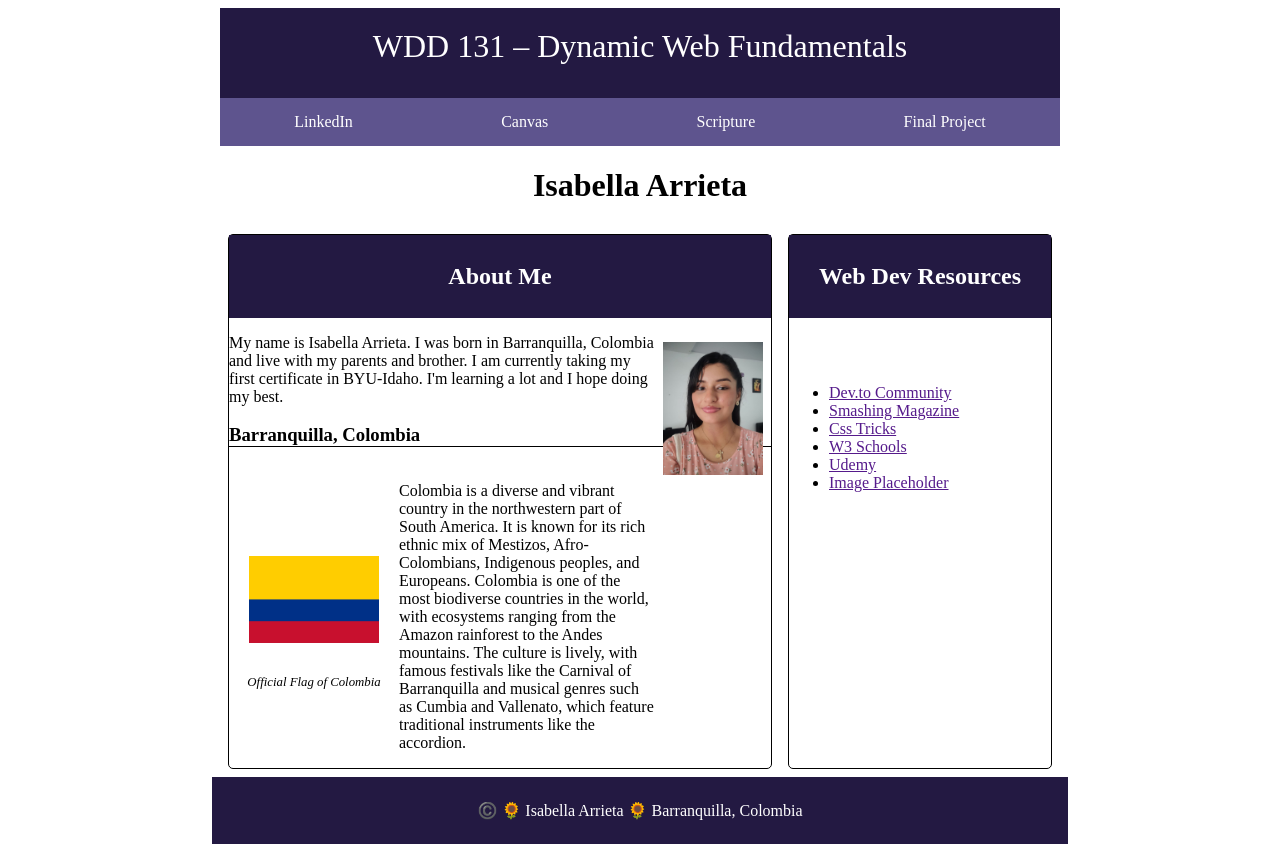
Repository: isaAJ05/wdd131
Page: index.html
The author's editor kept a copy of each file at every save. The page is drawn from the files as they stood at one save, then again after a run of saves.
The browser window is 1280 px wide. The pictures show the whole page.
Some web fonts or font styles are not loaded; a fallback is used.

Above is the page before, as saved 2025-07-04 03:09:19.

### index.html
<!DOCTYPE html>
<html lang="en">
<head>
    <meta charset="UTF-8">
    <meta name="viewport" content="width=device-width, initial-scale=1.0">
    <title>WDD 131 – Dynamic Web Fundamentals – Isabella Arrieta</title>
    <meta name="description" content="WDD 131 – Dynamic Web Fundamentals Isabella Arrieta, This is a page about me">
    <meta name="author" content="Isabella Arrieta">
    <link rel="stylesheet" href="styles/base.css">
    <link rel="preconnect" href="https://fonts.googleapis.com">
    <link rel="preconnect" href="https://fonts.gstatic.com" crossorigin>
    <link href="https://fonts.googleapis.com/css2?family=Lato:ital,wght@0,100;0,300;0,400;0,700;0,900;1,100;1,300;1,400;1,700;1,900&family=Play:wght@400;700&family=Raleway:ital,wght@0,100..900;1,100..900&display=swap" rel="stylesheet">
</head>
<body>
    <header>
        <div class="header-title">
            <span id="course-title">WDD 131 – Dynamic Web Fundamentals</span>
        </div>
        <nav>
            <a href="www.linkedin.com/in/isabella-arrieta">LinkedIn</a>
            <a href="https://byupw.instructure.com/">Canvas</a>
            <a href="https://www.churchofjesuschrist.org/study/scriptures/bofm/alma/30?lang=eng&id=p44#p44">Scripture</a>
            <a href="">Final Project</a>

        </nav>
    </header>
    <main>

        <h1>Isabella Arrieta</h1>
        <section class="card">
            <div class="rectangle">
                <h2>About Me</h2>
            </div>
            <div class="presentation">
            <img src ="images/isa-picture.jpg" alt="Isabella Arrieta picture">
            <p>My name is Isabella Arrieta. I was born in Barranquilla, Colombia and live with my parents and brother. I am currently taking my first certificate in BYU-Idaho. I'm learning a lot and I hope doing my best. </p>
            <h3>Barranquilla, Colombia</h3>
            </div>
            <div class="country">
            <figure>
                <img src ="images/640px-Flag_of_Colombia.svg.webp" alt="Colombia flag">
                <figcaption>Official Flag of Colombia</figcaption>
            </figure>
            <p>Colombia is a diverse and vibrant country in the northwestern part of South America. It is known for its rich ethnic mix of Mestizos, Afro-Colombians, Indigenous peoples, and Europeans. Colombia is one of the most biodiverse countries in the world, with ecosystems ranging from the Amazon rainforest to the Andes mountains. The culture is lively, with famous festivals like the Carnival of Barranquilla and musical genres such as Cumbia and Vallenato, which feature traditional instruments like the accordion.</p>
            </div>
            </section>
        <section class="card">
            <div class="rectangle">
                <h2>Web Dev Resources</h2>
            </div>
                <ul>
                <li><a href="">Dev.to Community</a></li>
                <li><a href="">Smashing Magazine</a></li>
                <li><a href="">Css Tricks</a></li>
                <li><a href="">W3 Schools</a></li>
                <li><a href="">Udemy</a></li>
                <li><a href="">Image Placeholder</a></li>
            </ul>

        </section>
    </main>
    <footer>
        <p>
            ©️<span id="currentyear"></span> 🌻 Isabella Arrieta 🌻 Barranquilla, Colombia
        </p>
        <p>
            <span id="lastModified"></span>
        </p>
    </footer>

</body>
</html>

### styles/base.css
:root {
    --primary-color: #231942;
    --secondary-color: #5e548e;
    --accent1-color: #ffafcc;
    --accent2-color: #bde0fe;
    --accent3-color: #a2d2ff;
    --heading-font: "Play", sans-serif;
    --body-font: "Raleway", sans-serif;
}
header, main, footer {
    width: 840px;
    margin: 0 auto;
}
.course-title{
    display: block;

}
.header-title {
    color:white;
	height: 50px;
    padding: 20px;
    font-size: 2rem;
    text-align: center;
    background: var(--primary-color);
}

nav{
    display: flex;
    justify-content: space-around;
    text-decoration: none;
    background: var(--secondary-color);
}
nav a{
    color: #fff;
    text-decoration: none;
    padding: 15px;
}

nav a:hover {
	text-decoration: overline;
}

/* larger/wider views **************************/
@media (min-width: 640px) {
	nav ul {
		display: flex;
	}

	nav ul li {
		flex: 1 0 auto;
}

main{
    display: grid;
    grid-template: auto 1fr / 2fr 1fr;
}
main h1{
    grid-column: 1/3;
    text-align: center;
}
section{
    border: 1px solid black;
    border-radius: 5px;
    margin: 8px;
}

.card .rectangle{
    color:white;
    padding: 8px;
    text-align: center;
    background: var(--primary-color);


}
.presentation img{
    float: right;
    padding: 8px ;
    width:100px ;
    height: auto;

}
.card h3{
    border-bottom: 1px solid black;
}

.country{
    display: flex;
    flex: 1 0 auto;
    align-items: center;
}
.card figure{
    margin: 0;
    padding: 0;
}
.card figure img{
    width: 130px;
    height: auto;
    padding:20px;
}
.card figure figcaption{
    text-align: center;
    font-style: italic;
    padding: 8px;
    font-size: 0.8rem;
}


.card ul{
    padding-top: 50px;
}

footer{
    color:  #fff;
    background: var(--primary-color);
    text-align: center;
    padding: 8px;
}

After the next 2 saves:
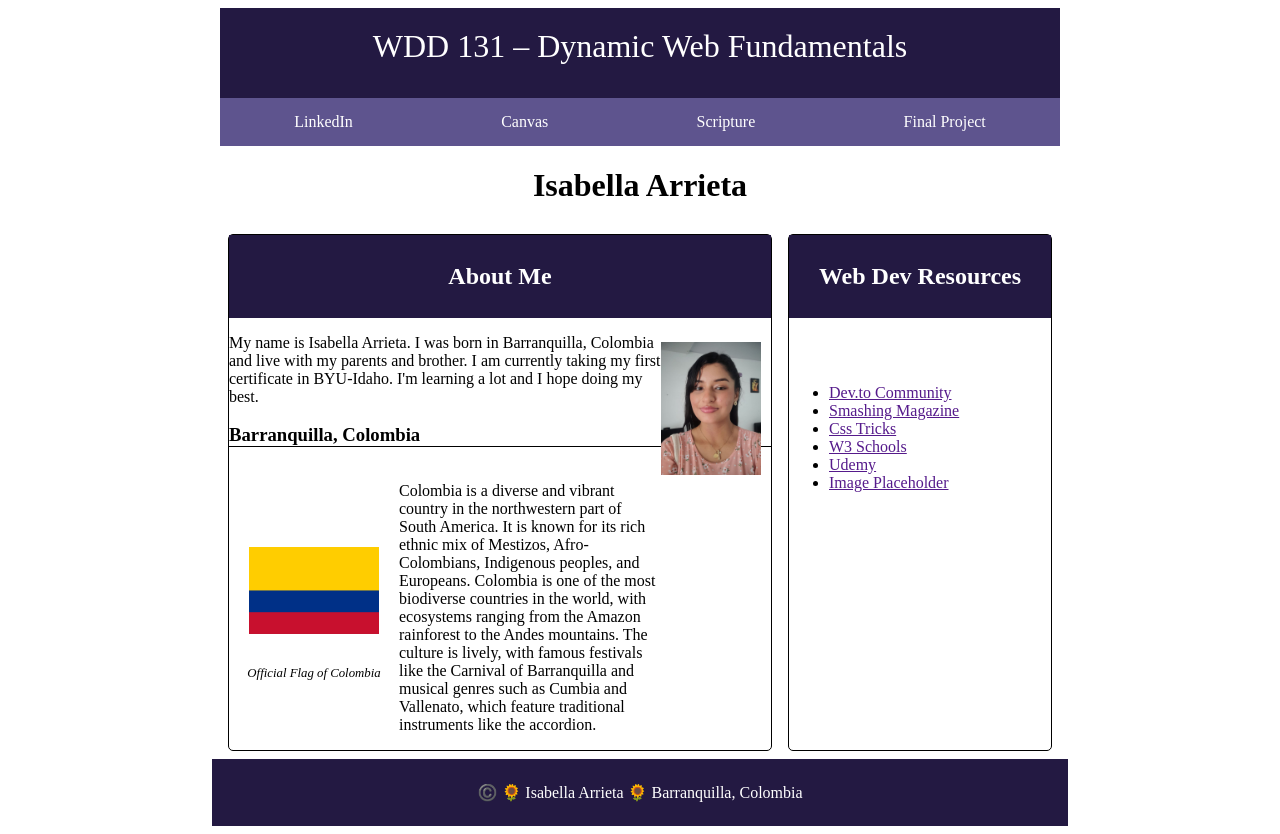
The 2 saves are shown as one change because they came seconds apart.
The last was saved 8 s later.
--- a/styles/base.css
+++ b/styles/base.css
@@ -74,7 +74,7 @@ section{
 }
 .presentation img{
     float: right;
-    padding: 8px ;
+    padding: 8px 10px 10px 0;
     width:100px ;
     height: auto;
 
